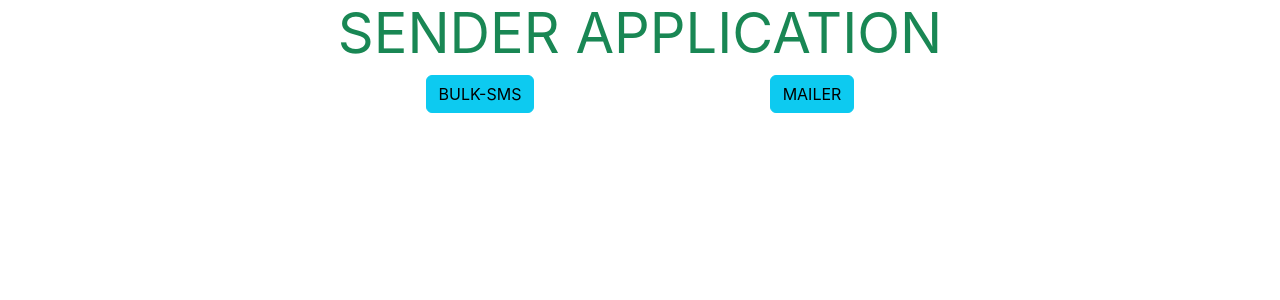
Repository: oluwaseyi9325/react-redux
Page: /mailer
An editor plug-in stored every save of this project. The page is shown before and after the next save, followed by the edit.
The browser window is 1280 px wide. The pictures show the whole page.
The project was rebuilt for these pictures with package versions that can differ from the ones it lists, and the page was loaded fresh each time. Also part of the build but not shown: src/Pages/Index.tsx, src/Pages/NotFond.tsx.

Above is the page before, as saved 2023-04-18 17:17:51.

After the next save:
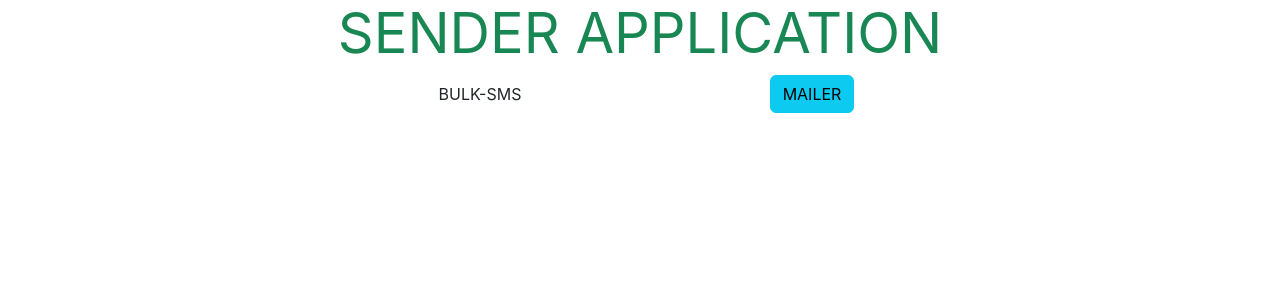
Saved 20 s later.
--- a/src/Components/NavBar.tsx
+++ b/src/Components/NavBar.tsx
@@ -7,7 +7,7 @@
       <div className='text-center col-6 mx-auto'>
         <h4 className='text-success display-4'><b>SENDER APPLICATION</b></h4>
         <div className='gap-4 d-flex justify-content-around'>
-            <button className='btn btn-info'>BULK-SMS</button>
+            <button className='btn btn-outlinr-'>BULK-SMS</button>
             <button className='btn btn-info'>MAILER</button>
         </div>
       </div>
